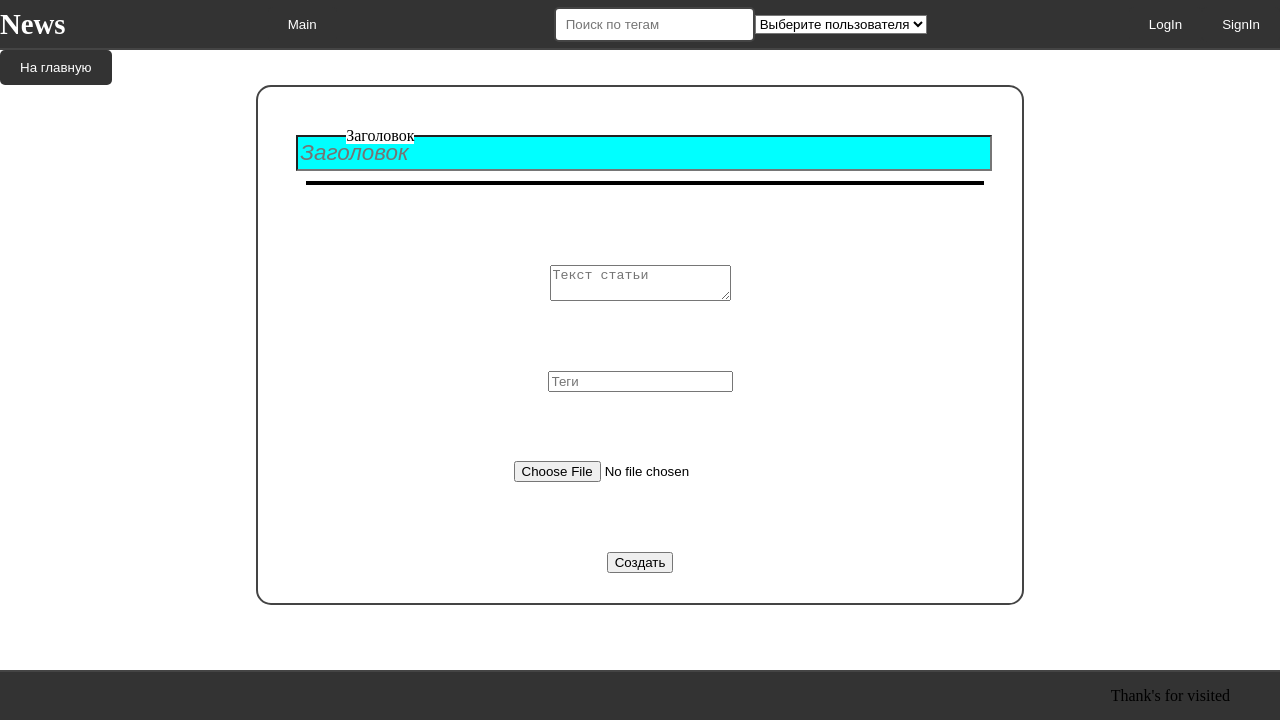
Repository: Igor-Blazhko/news_frontend
Page: /CreatePost
These files come from the project's save history. The page is drawn as it stood at one moment and after the next save; the edit follows.
The browser window is 1280 px wide. The pictures show the whole page.
The project was rebuilt for these pictures with package versions that can differ from the ones it lists, and the page was loaded fresh each time. Also part of the build but not shown: vite.config.ts, src/components/allPost/onePost/onePost.module.css, src/components/allPost/onePost/onePost.tsx, src/components/allPost/allPost.tsx, src/components/auth/logIn/login.module.css, src/components/auth/logIn/login.tsx, src/components/auth/register/register.tsx, src/components/pageOnePost/comments/comment.tsx and 2 more.

Above is the page before, as saved 2024-07-15 16:13:42.

### src/App.tsx
import Header from './components/header/header'
import AllPost from './components/allPost/allPost'
import Footer from './components/footer/footer'
import LogIn from './components/auth/logIn/login'
import { Page } from './types'
import SignIn from './components/auth/register/register'
import { BrowserRouter, Route, Routes } from 'react-router-dom'
import OnePost from './components/pageOnePost/OnePost'
import { Provider } from 'react-redux'
import { store } from './store'
import { QueryClient, QueryClientProvider } from '@tanstack/react-query'
import CreatePost  from './components/createPost/createPost'



const queryClient = new QueryClient();

function App() {

  return (
    <Provider store={store}>
      <QueryClientProvider client={queryClient}>
        <BrowserRouter>
        <Header></Header>
          <Routes>
            <Route path="*" element ={ <AllPost/> }/>
            <Route path={Page.LogIn} element ={ <LogIn/> }/>
            <Route path={Page.SignIn} element ={ <SignIn/> }/>
            <Route path={Page.CreatePost} element ={ <CreatePost/> }/>
            <Route path={Page.OnePost+'/:id'} element ={ <OnePost/> }/>
          </Routes>
        <Footer></Footer>
        </BrowserRouter>
      </QueryClientProvider>
    </Provider>
  )
}

export default App

### src/index.css
body{
  margin: 0;
  padding: 0;
  width: 100vw;
  min-height: 100vh;
  overflow-x: hidden;
}

main{
  min-height: calc(100vh - 100px);
}

### src/components/header/header.tsx

import { Link } from 'react-router-dom';
import Button from '../simplyComponents/button/button';
import styles from './header.module.css'
import ButtonAuth  from './buttonAuth/buttonAuth';
import Filter from './filter/filter';


export default function Header() {
        return (
        <header className={styles.header}>
            <div className={styles.logo}>
                News
            </div>
            <nav>
                <Link to="">
                    <Button>Main</Button>
                </Link>
            </nav>
            <Filter/>
            <ButtonAuth/>
        </header>
    )
}

### src/components/footer/footer.tsx
import { Link } from 'react-router-dom'
import styles from './footer.module.css'
import { Page } from '../../types'
import Button from '../simplyComponents/button/button'
import { useSelector } from 'react-redux'
import { States } from '../../store'

export default function Footer(){
    const JWT = useSelector( (state:States) => state.JWT)
    return(
        <footer className={styles.footer}>
            {
            JWT &&
            <Link to={'/'+Page.CreatePost}>
                <Button>Создать пост</Button>
            </Link>
            }

            <div className={styles.text}>Thank's for visited</div>
        </footer>
    )
}

### src/types.ts
export const enum Page {
    LogIn = 'LogIn',
    SignIn = 'SignIn',
    AllPost = 'AllPost',
    OnePost = 'OnePost',
    CreatePost = 'CreatePost',
}

export class ObjectToken {
    private readonly access_token:string;
    constructor(access_token:string){
        this.access_token = access_token;
    }
}

export class HTTPExeption{
    private readonly response:string;
    private readonly status:number;
    private readonly message:string;
    private readonly name:string;
    constructor(response:string, status:number, message:string, name:string){
        this.response = response;
        this.status = status;
        this.message = message;
        this.name = name;
    }
}

### src/store.ts
import { createStore } from '@reduxjs/toolkit'
import cooks from './basefunction';

export interface States{
  tagfilter: string[],
  userfilter: number,
  JWT:string|undefined,
  location: string,
}

const defaultState:States = {
  tagfilter: [],
  userfilter: 0,
  JWT: cooks.getJWT(),
  location: '*',
}

type Action = {
  type:string,
  buffer?:string,
  userId?:number,
  JWT?:string,
}
const reducer = (state = defaultState, action:Action) => {
  switch (action.type){
    case 'Filter':
      if (( 'buffer' in action) && (action.buffer !== undefined)) {
        const arr = action.buffer.split(' ');
        state = {...state,
          tagfilter: arr,
        }
      }
      return state;
    case 'setUserFilter':
      if (( 'userId' in action) && (action.userId !== undefined)) {
        state = {...state,
          userfilter: action.userId,
        }
      }
      return state
    case 'SetJWT':
      if ( ('JWT' in action) && (action.JWT !== undefined) ){
        state = {...state,
          JWT: action.JWT,
        }
        cooks.LogIn(action.JWT)
      // document.cookie = `JWT_token=${action.JWT}`
      }
      return state;
    case 'DelJwt':
      state = {
        ...state,
        JWT:'',
      }
      cooks.LogOut()
      return state;
    case 'setLocation':
      state = {
        ...state,
        location: location.pathname,
      }
      return state;
    case 'dropLocation':
      state = {
        ...state,
        location: '*',
      }
      return state;
    default:
      return state;
  }
}

export const store = createStore(reducer)

### src/components/createPost/createPost.tsx
import { Link } from "react-router-dom";
import { Page } from "../../types";
import Button from "../simplyComponents/button/button";
import SERVER from "../../dataServer";
import styles from "./createPost.module.css"

export default function CreatePost(){

    return (
        <main>
            <Link to={'/'}>
                <Button>На главную</Button>
            </Link>
            <div>
                <form action={SERVER.POST.News.create} method="post" className={styles.form}>
                    <div className={styles.article}>
                        <label htmlFor="article" className={styles.article} >Заголовок</label>
                        <input type="text" name="article" maxLength={254} placeholder="Заголовок" className={styles.article}/>
                    </div>
                    <textarea name="text" placeholder="Текст статьи" className={styles.text}/>
                    <input type="text" name="Tags" placeholder="Теги"  className={styles.tags}/>
                    <input type="file" />
                    <button type="submit" className={styles.btn}>Создать</button>
                </form>
            </div>
        </main>

    )
}

### src/components/simplyComponents/button/button.tsx
import { MouseEventHandler, ReactNode } from 'react'
import styles from './button.module.css'
type Button = {
    text?:string,
    children?:ReactNode
    onClick?:MouseEventHandler<HTMLButtonElement>
}

export default function Button(props:Button){

    return(
        <button className={styles.button} onClick={props.onClick}>{props.children}</button>
    )
}

### src/components/header/header.module.css
header {
    background-color: #333;
    display: flex;
    justify-content: space-between;
    align-items: center;
    border-bottom: 2px solid #444;
    box-sizing: border-box;
    min-height: 50px;
}

.logo {
    font-size: 1.8em;
    font-weight: bold;
    color: #fff;
}



  .filter {
    display: flex;
    align-items: center;
  }

  .filter input,
  .filterselect {
    padding: 8px 10px;
    margin-left: 15px;
    border: 2px solid #444;
    border-radius: 5px;
    transition: border-color 0.3s ease;
  }

  .filter input:focus,
  .filter select:focus {
    border-color: #888;
  }

  .filter select {
    background-color: #fff;
}

### src/components/header/buttonAuth/buttonAuth.tsx
import { useDispatch, useSelector } from "react-redux"
import { States } from "../../../store"
import cooks from "../../../basefunction";
import Button from "../../simplyComponents/button/button";
import { Link } from "react-router-dom";
import { Page } from "../../../types";

export default function ButtonAuth(){

    const JWT = useSelector( (state:States) => state.JWT);
    const dispatch = useDispatch();

    function LogOut(){
        dispatch({
            type: 'DelJwt',
        })
    }

    return (
        <>
            {
                JWT?
                <div className="auth">
                    <Button onClick={LogOut}>LogOut</Button>
                </div>
                :
                <div className="auth">
                    <Link to={Page.LogIn}>
                        <Button>LogIn</Button>
                    </Link>
                    <Link to={Page.SignIn}>
                        <Button>SignIn</Button>
                    </Link>
                </div>
                }
        </>
    )
}

### src/components/header/filter/filter.tsx

import { useEffect, useState } from 'react'
import { User } from '../../pageOnePost/types/types'
import styles from '../header.module.css'
import { useDispatch } from 'react-redux'

export default function Filter(){
    const [users, setUsers] = useState([ {
        id: 1,
        name: 'igor',
        sername: 'Blazhko',
        login: 'user1',
    }])
    const [change, setChange] = useState(false)
    const dispatch = useDispatch()

    useEffect(() => {
        const users = [
            {
                id: 1,
                name: 'igor',
                sername: 'Blazhko',
                login: 'user1',
            },
            {
                id: 2,
                name: 'igor',
                sername: 'Tokin',
                login: 'user2',
            },
            {
                id: 3,
                name: 'igor',
                sername: 'Lankin',
                login: 'user3',
            },
        ];
        setUsers(users);
        // setLog(JWT)
    },[])

    function changeFilter(event:React.ChangeEvent<HTMLInputElement>){
        dispatch({
            type:'Filter',
            buffer: event.target.value,
        })
    }

    function changeUser(event) {
        dispatch({
            type:'setUserFilter',
            userId: +event.target.value,
        })
        if ( +event.target.value ) setChange(true)
        else setChange(false)
    }

    return (
            <div className={styles.filter}>
                <input type="text" placeholder="Поиск по тегам" onChange={changeFilter}/>
                <select onChange={changeUser} defaultValue="option0">
                    <option value="0">
                        { change? 'Cбросить фильтрацию': 'Выберите пользователя'}
                    </option>
                    {
                        users.map((user:User)=> <option key = {user.id} value={user.id}>{user.name} {user.sername}</option>)
                    }
                </select>
            </div>
    )
}

### src/components/allPost/allPost.module.css

main {
    display: flex;
    flex-direction: column;
    row-gap: 25px;
  }

### src/dataServer.ts


const SERVER = {
    base: 'http://192.168.3.37:5000/',
    POST: {
        register: 'http://127.0.0.1:5000/auth/registration',
        login: 'http://127.0.0.1:5000/auth/login',
        comments: {
            createCom: 'http://127.0.0.1:5000/comments',
        },
        News: {
            create: 'http://127.0.0.1:5000/news',
        }
    },
    GET: {
        allNews: 'http://127.0.0.1:5000/news',
        oneNews: 'http://127.0.0.1:5000/news?id=',
        getAllCommentByPostId: 'http://127.0.0.1:5000/comments?id=',
    }
}
export default SERVER;

### src/components/footer/footer.module.css
footer {
    width: 100vw;
    background-color: #333;
    min-height: 50px;
    border-top: 2px solid #444;
    display: flex;
    justify-content: flex-end;
    align-items: center;
    box-sizing: border-box;
}

.text{
    margin-right: 50px;
}

### src/components/pageOnePost/OnePost.module.css
main{
  display: block;
}
.post_content_full {
    display: flex;
    flex-direction: column;
    align-items: center;
    text-align: center;
    animation: slideIn 0.5s ease-in-out;
  }

  .post_image {
    width: 150px;
    height: 150px;
    margin-bottom: 20px;
  }

  .post_title_full {
    font-size: 2em;
    margin-bottom: 20px;
  }

  .post_text_full {
    font-size: 1.2em;
    margin-bottom: 40px;
  }

  .comments {
    background-color: #fff;
    padding: 20px;
    border: 1px solid #ccc;
    border-radius: 10px;
    margin-top: 20px;
  }



  .comments h3 {
    font-size: 1.5em;
    margin-bottom: 10px;
  }

  .comment {
    margin-bottom: 10px;
    padding: 10px;
    border: 1px solid #ccc;
    border-radius: 5px;
    background-color: #fafafa;
  }

  .comment p {
    font-size: 1.2em;
  }

  .comment_form {
    margin-top: 20px;
  }

  .comment_form textarea {
    width: 100%;
    padding: 10px;
    margin-bottom: 10px;
    border: 1px solid #ccc;
    border-radius: 5px;
    resize: vertical;
    transition: border-color 0.3s ease;
  }

  .comment_form textarea:focus {
    border-color: #888;
  }

  .comment_form button {
    padding: 10px;
    border: none;
    border-radius: 5px;
    background-color: #333;
    color: #fff;
    cursor: pointer;
    transition: background-color 0.3s ease, transform 0.3s ease;
  }

  .comment_form button:hover {
    background-color: #444;
    transform: translateY(-3px);
  }

### src/basefunction.ts
import { useDispatch } from "react-redux";

class Cookie {
    getCookie(name:string) {
        let matches = document.cookie.match(new RegExp(
          "(?:^|; )" + name.replace(/([\.$?*|{}\(\)\[\]\\\/\+^])/g, '\\$1') + "=([^;]*)"
        ));
        return matches ? decodeURIComponent(matches[1]) : undefined;
    }

    setCookie(name:string, value:string, options = {}) {

        options = {
          path: '/',
          // при необходимости добавьте другие значения по умолчанию
          ...options
        };

        if (options.expires instanceof Date) {
          options.expires = options.expires.toUTCString();
        }

        let updatedCookie = encodeURIComponent(name) + "=" + encodeURIComponent(value);

        for (let optionKey in options) {
          updatedCookie += "; " + optionKey;
          let optionValue = options[optionKey];
          if (optionValue !== true) {
            updatedCookie += "=" + optionValue;
          }
        }

        document.cookie = updatedCookie;
    }

    deleteCookie(name:string) {
        this.setCookie(name, "", {
          'max-age': -1
        })
    }

    getJWT(){
        return this.getCookie('JWT_token')
    }

    LogIn(token:string){
        this.setCookie('JWT_token', token, {
            'max-age': 3600
          } )
    }

    LogOut(){
        this.setCookie('JWT_token', '', {
            'max-age': 3600
          } )
    }
}
const cooks = new Cookie()
export default cooks

### src/components/createPost/createPost.module.css
.form {
    border: 2px solid #444;
    border-radius: 15px;
    width: 60%;
    height: calc(100vh - 200px);
    margin: 0 auto;
    display: flex;
    flex-direction: column;
    justify-content: space-between;
    align-items: center;
    padding: 30px 0 ;
    box-sizing: border-box;
}

div.article{
    width: 90%;
}

label.article{
    position: relative;
    top: 10px;
    left: 50px;
    z-index: 2;
    background-color: white;
    font-size: 1em;
}

input.article{
    width: 100%;
    height: 30px;
    font-size: 1.4em;
    font-style: italic;
    display: block;
    background-color: aqua;
}

div.article::after{
    display: block;
    width: 98%;
    background-color: #444;
    border: 2px solid black;
    content: "";
    margin: 10px;
}

### src/components/simplyComponents/button/button.module.css
.button {
    padding: 10px 20px;
    background-color: #333;
    color: #fff;
    border: none;
    border-radius: 5px;
    cursor: pointer;
    transition: background-color 0.3s ease, transform 0.3s ease;
    text-decoration: none;
}

.button:hover {
    background-color: #444;
    transform: translateY(-3px);
}

Loaded but not shown: index.html (common file); src/main.tsx (common file)

After the next save:
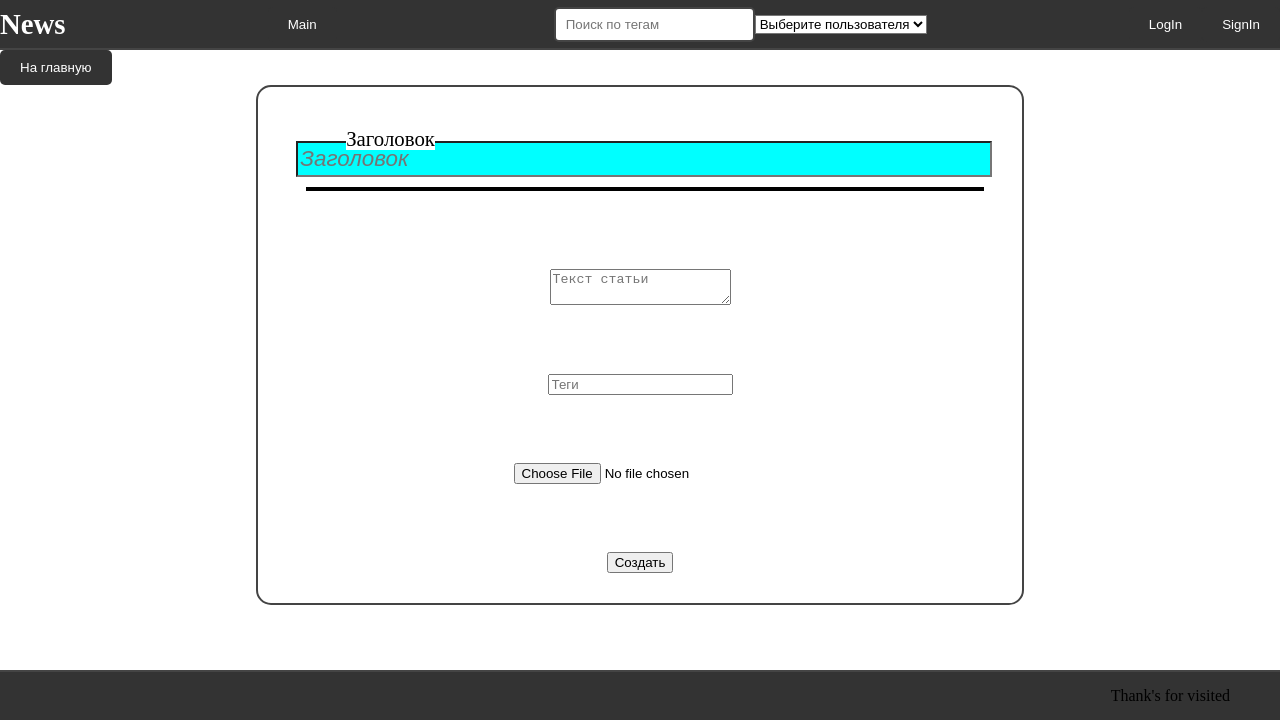
Saved 5 s later.
--- a/src/components/createPost/createPost.module.css
+++ b/src/components/createPost/createPost.module.css
@@ -22,7 +22,7 @@ label.article{
     left: 50px;
     z-index: 2;
     background-color: white;
-    font-size: 1em;
+    font-size: 1.3em;
 }
 
 input.article{
